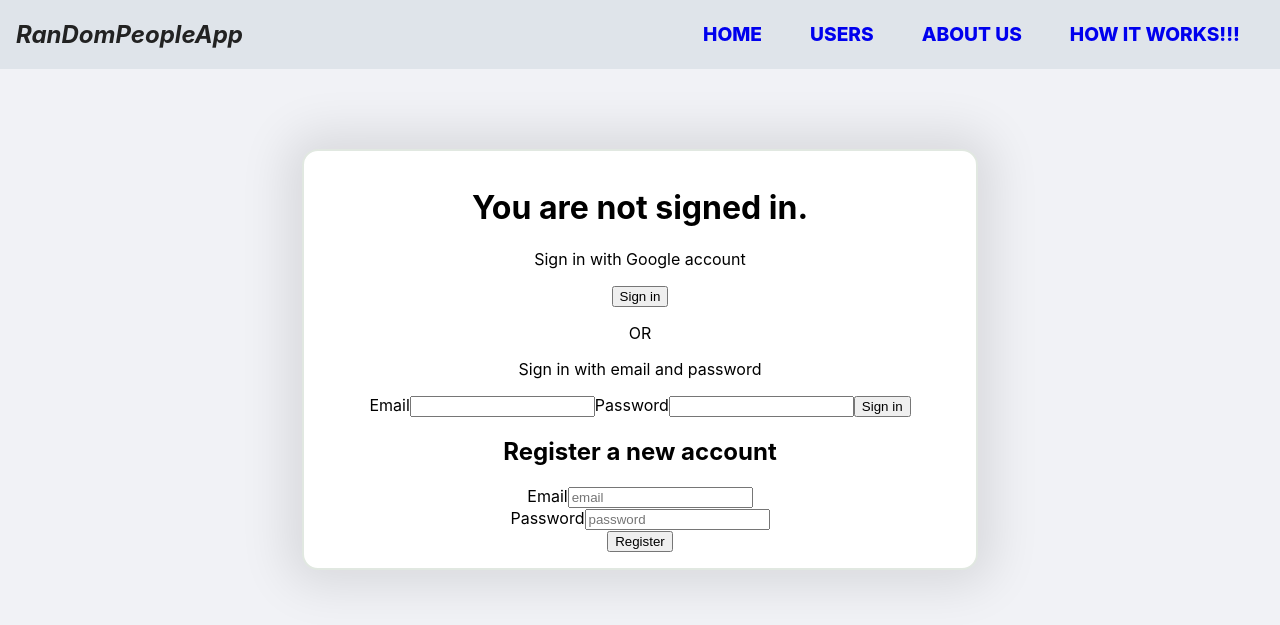
Repository: MikkyPrestige/RandomProfiles
Page: /profile
The author's editor kept a copy of each file at every save. The page is drawn from the files as they stood at one save, then again after the next save.
The browser window is 1280 px wide. The pictures show the whole page.
The project was rebuilt for these pictures with package versions that can differ from the ones it lists, and the page was loaded fresh each time. Also part of the build but not shown: src/assets/styles/home.css, src/components/avatar.jsx, src/components/home.jsx, src/assets/styles/users.css, src/components/users.jsx, src/assets/styles/search.css, src/components/search.jsx, src/assets/styles/help.css and 6 more.

Above is the page before, as saved 2022-11-30 02:48:19.

### public/index.html
<!DOCTYPE html>
<html lang="en">

<head>
  <meta charset="utf-8" />
  <link rel="icon" href="%PUBLIC_URL%/favicon.ico" />
  <meta name="viewport" content="width=device-width, initial-scale=1" />
  <meta name="theme-color" content="#000000" />
  <meta name="description" content="Web site created using create-react-app" />
  <link rel="apple-touch-icon" href="%PUBLIC_URL%/logo192.png" />
  <!--
      manifest.json provides metadata used when your web app is installed on a
      user's mobile device or desktop. See https://developers.google.com/web/fundamentals/web-app-manifest/
    -->
  <link rel="manifest" href="%PUBLIC_URL%/manifest.json" />
  <!--
      Notice the use of %PUBLIC_URL% in the tags above.
      It will be replaced with the URL of the `public` folder during the build.
      Only files inside the `public` folder can be referenced from the HTML.

      Unlike "/favicon.ico" or "favicon.ico", "%PUBLIC_URL%/favicon.ico" will
      work correctly both with client-side routing and a non-root public URL.
      Learn how to configure a non-root public URL by running `npm run build`.
    -->
  <title>AltSchool Assignment 2</title>
</head>

<body>
  <noscript>You need to enable JavaScript to run this app.</noscript>
  <div id="root"></div>
  <!--
      This HTML file is a template.
      If you open it directly in the browser, you will see an empty page.

      You can add webfonts, meta tags, or analytics to this file.
      The build step will place the bundled scripts into the <body> tag.

      To begin the development, run `npm start` or `yarn start`.
      To create a production bundle, use `npm run build` or `yarn build`.
    -->
</body>

</html>

### src/index.css
body {
  margin: 0;
  font-family: -apple-system, BlinkMacSystemFont, 'Segoe UI', 'Roboto', 'Oxygen',
    'Ubuntu', 'Cantarell', 'Fira Sans', 'Droid Sans', 'Helvetica Neue',
    sans-serif;
  -webkit-font-smoothing: antialiased;
  -moz-osx-font-smoothing: grayscale;
  background-color: #f1f2f6;
}

code {
  font-family: source-code-pro, Menlo, Monaco, Consolas, 'Courier New',
    monospace;
}

### src/App.jsx
import * as React from "react";
import { ErrorBoundary } from "react-error-boundary";
import { Route, Routes } from "react-router-dom";
import {
  Layout,
  Home,
  Users,
  Search,
  Help,
  About,
  Error,
  ErrorFallBack,
  Profile,
  // Footer,
} from "./components";

const App = () => {
  return (
    <div className="App">
      <main>
        <ErrorBoundary FallbackComponent={ErrorFallBack}>
          <Layout />
          <Routes>
            <Route path="/" element={<Home />} />
            <Route path="users">
              <Route index element={<Users />} />
              <Route path=":id" element={<Search />} />
            </Route>
            <Route path="profile" element={<Profile />} />
            <Route path="help" element={<Help />} />
            <Route path="about" element={<About />} />
            <Route path="*" element={<Error />} />
          </Routes>
        </ErrorBoundary>
        {/* <Footer /> */}
      </main>
    </div>
  );
};

export default App;

### src/components/index.js
export { default as Layout } from "./layout";
export { default as Home } from "./home";
export { default as Users } from "./users";
export { default as Search } from "./search";
export { default as Help } from "./help";
export { default as About } from "./about";
export { default as Error } from "./error";
export { default as ErrorFallBack } from "./errorFallback";
export { default as Profile } from "./profile";
export { Footer } from "./avatar";

### src/components/layout.jsx
// LAYOUT COMPONENT - This component is for the App Layout that displays the Navigation bar in the app UI to the user when app is open

import { NavLink } from "react-router-dom";
import "../assets/styles/layout.css";

const CustomNavLink = ({ to, ...props }) => {
  let activeStyle = {
    textDecoration: 'underline',
    color: 'red',
  };

  return (
    <NavLink
      style={({ isActive }) =>
        isActive ? activeStyle : { textDecoration: 'none' }
      }
      to={to}
      end
      {...props}
    />
  );
};


const Layout = () => {

  return (
    <nav className="layout">
      <div className="app-header">
        <h1>RanDomPeopleApp</h1>
      </div>
      <div className="nav__items">
        <CustomNavLink to="/" className="nav__item">Home</CustomNavLink>
        <CustomNavLink to="users" className="nav__item">Users</CustomNavLink>
        <CustomNavLink to="about" className="nav__item">About us</CustomNavLink>
        <CustomNavLink to="help" className="nav__item">How it works!!!</CustomNavLink>
      </div>
    </nav>
  );
}

export default Layout;

### src/components/profile.jsx
import {
  signInWithRedirect,
  auth,
  provider,
  getRedirectResult,
  onAuthStateChanged,
  createUserWithEmailAndPassword,
  signInWithEmailAndPassword,
  signOut,
  deleteUser,
} from "../config";
import { useEffect, useState } from "react";
import { Avatar } from "./avatar";
import "../assets/styles/profile.css";

const Profile = () => {
  const [user, setUser] = useState(null);
  const [signedIn, setSignedIn] = useState(false);
  const [email, setEmail] = useState("");
  const [password, setPassword] = useState("");
  const [error, setError] = useState(null);

  // handle register form
  const handleRegister = (e) => {
    e.preventDefault();
    createUserWithEmailAndPassword(auth, email, password)
      .then(() => {
        // Signed in
        console.log("User account created & signed in!");
      })
      .catch((error) => {
        if (error.code === "auth/email-already-in-use") {
          setError("This email address is already in use!");
        }
        if (error.code === "auth/invalid-email") {
          setError("This email address is invalid!");
        }
        console.error(error);
      });
  };

  // sign in with email and password
  const handleSignIn = (e) => {
    e.preventDefault();
    signInWithEmailAndPassword(auth, email, password)
      .then(() => {
        console.log("User signed in!");
      })
      .catch((error) => {
        if (error.code === "auth/wrong-password") {
          setError("Wrong password!");
        }
        if (error.code === "auth/user-not-found") {
          setError("User not found!");
        }
        console.error(error);
      });
  };

  // handle onchange
  const handleChange = (e) => {
    const { name, value } = e.target;
    if (name === "email") {
      setEmail(value);
    }
    if (name === "password") {
      setPassword(value);
    }
  };

  // handle sign In
  const signIn = (e) => {
    e.preventDefault();
    signInWithRedirect(auth, provider);
  };

  // handle sign out
  const handleSignOut = (e) => {
    e.preventDefault();
    signOut(auth)
      .then(() => {
        console.log("User signed out!");
      })
      .catch((error) => {
        console.error(error);
      });
  };

  // handle delete user
  const handleDelete = (e) => {
    e.preventDefault();
    deleteUser(auth.currentUser)
      .then(() => {
        console.log("User deleted!");
      })
      .catch((error) => {
        console.error(error);
      });
  };

  // Get redirect result
  useEffect(() => {
    getRedirectResult(auth)
      .then((result) => {
        if (result) {
          setSignedIn(true);
          // navigate("/users");
        } else {
          // console.log("No user");
        }
      })
      .catch((error) => {
        console.log(error);
      });
  }, []);

  // Check auth state
  useEffect(() => {
    onAuthStateChanged(auth, (user) => {
      if (user) {
        // destructure user
        const { displayName, photoURL, email, phoneNumber } = user;
        // set user state
        setUser({ displayName, photoURL, email, phoneNumber });
        // navigate("/users");
      } else {
        setUser(null);
      }
    });
  }, []);

  return (
    <div className="profile">
      <div className="profile__container">
        <div className="profile__desc">
          {user ? (
            <div className="profile__user">
              <h1 className="profile__title">Welcome, you are signed in.</h1>
              <Avatar image={user.photoURL} alt="user" className="profile__avatar" />
              <p className="profile__name"><strong>Sign in account name: </strong>{user.displayName}</p>
              <p className="profile__text"><strong>Signed in email: </strong>{user.email}</p>
              <p>{user.phoneNumber}</p>
              <div className="profile__btn">
                <button onClick={handleSignOut} className="sign__btn">
                  Sign Out
                </button>
                <button onClick={handleDelete} className="sign__btn">
                  Delete Account
                </button>
              </div>
            </div>
          ) : (
            <div className="profile__user">
              <div className="profile__form">
                <h1 className="profile__title">You are not signed in.</h1>
                <p className="profile__head">Sign in with Google account</p>
                <button onClick={signIn} className="sign__btn">
                  Sign in
                </button>
                <p className="or">OR</p>
                <p className="profile__head">Sign in with email and password</p>
                <form onSubmit={handleSignIn} className="profile__form">
                  <label htmlFor="email">Email</label>
                  <input
                    type="email"
                    name="email"
                    id="email"
                    value={email}
                    onChange={handleChange}
                  />
                  <label htmlFor="password">Password</label>
                  <input
                    type="password"
                    name="password"
                    id="password"
                    value={password}
                    onChange={handleChange}
                  />
                  {error && <p className="error">{error}</p>}
                  <button type="submit" className="sign__btn">
                    Sign in
                  </button>
                </form>
              </div>
              <h2 className="register">Register a new account </h2>
              <form onSubmit={handleRegister} className="register__form">
                <div className="register__group">
                  <label htmlFor="email" className="register__label">
                    Email
                  </label>
                  <input
                    type="email"
                    name="email"
                    placeholder="email"
                    value={email}
                    onChange={handleChange}
                    className="register__input"
                  />
                  {error && <p className="error">{error}</p>}
                </div>
                <div className="profile__group">
                  <label htmlFor="password" className="register__label">
                    Password
                  </label>
                  <input
                    type="password"
                    name="password"
                    placeholder="password"
                    value={password}
                    onChange={handleChange}
                    className="register__input"
                  />
                </div>
                <button type="submit" className="sign__btn">
                  Register
                </button>
              </form>
            </div>
          )}
        </div>
      </div>
    </div>
  );
};

export default Profile;

### src/assets/styles/layout.css
.layout {
  background-color: #dfe4ea;
  padding: 0rem 1rem;
  color: #222;
  display: flex;
  align-items: center;
  justify-content: space-between;
}

.app-header {
  font-style: italic;
}

.nav__items {
  display: flex;
  align-items: center;
  list-style: none;
  flex-wrap: wrap;
}

.nav__item {
  font-size: 1.2rem;
  font-weight: 800;
  padding: 1rem 1.5rem;
  text-transform: uppercase;
}

.attribution {
  text-align: center;
}

.footer {
  color: #222;
  text-decoration: none;
  cursor: pointer;
  font-style: italic;
  font-weight: 600;
}

### src/config/index.js
// Import the functions you need from the SDKs you need
import { initializeApp } from "firebase/app";
import {
  getAuth,
  signInWithRedirect,
  GoogleAuthProvider,
  getRedirectResult,
  onAuthStateChanged,
  createUserWithEmailAndPassword,
  signInWithEmailAndPassword,
  signOut,
  deleteUser
} from "firebase/auth";

// web app's Firebase configuration
const firebaseConfig = {
  apiKey: "AIzaSyCfrfw6chi091bWLqJvanxAUTxgJ5XqEu0",
  authDomain: "random-people-app.firebaseapp.com",
  projectId: "random-people-app",
  storageBucket: "random-people-app.appspot.com",
  messagingSenderId: "1097586453252",
  appId: "1:1097586453252:web:4575afe7663a752ae77e51",
};

// Initialize Firebase
const app = initializeApp(firebaseConfig);
// Setup Google auth provider
const provider = new GoogleAuthProvider();

const auth = getAuth();

export {
  app,
  provider,
  auth,
  signInWithRedirect,
  getRedirectResult,
  onAuthStateChanged,
  createUserWithEmailAndPassword,
  signInWithEmailAndPassword,
  signOut,
  deleteUser
};

### src/assets/styles/profile.css
.profile {

  padding: 2rem;
  height: 100%;
}

.profile__container {
  display: flex;
  flex-direction: column;
  align-items: center;
  justify-content: center;
  height: 100%;
}

.profile__desc {
  margin-top: 3rem;
  text-align: center;
}

.profile__user {
  background-color: #fff;
  border: 2px solid #e1e8e1;
  border-radius: 1rem;
  box-shadow: 0 0 3rem 1rem rgba(0, 0, 0, 0.1);
  padding: 1rem;
  height: 100%;
  width: 40rem;
}

Loaded but not shown: src/index.js (common file)

After the next save:
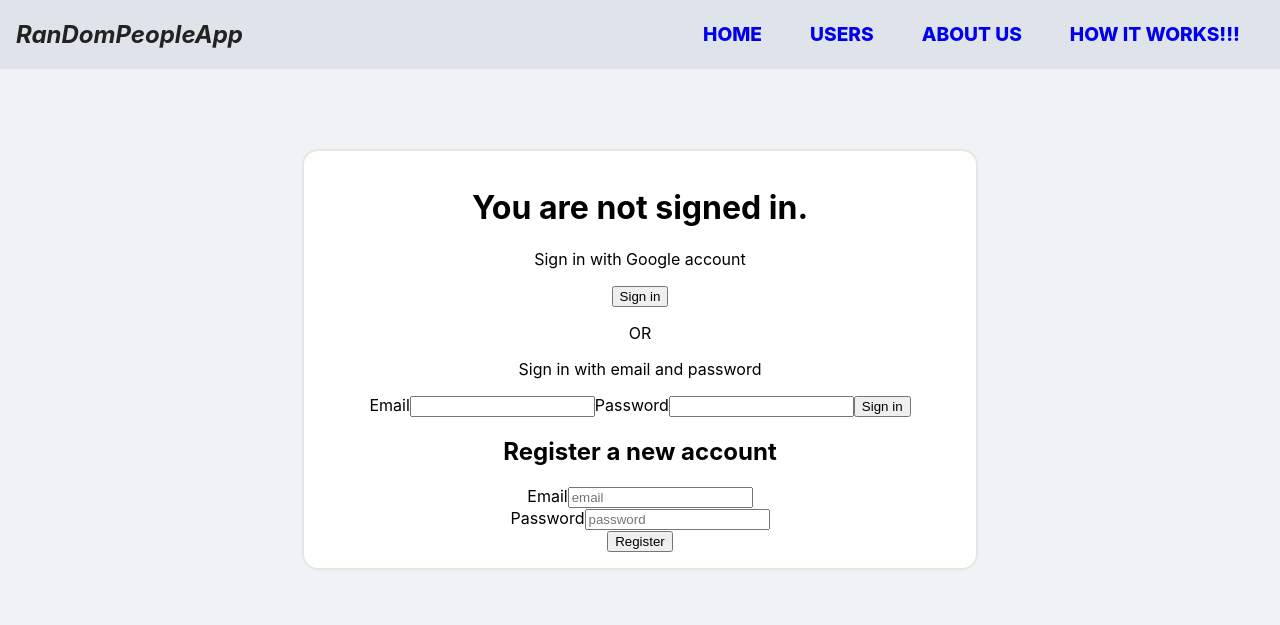
Saved 9 s later.
--- a/src/assets/styles/profile.css
+++ b/src/assets/styles/profile.css
@@ -21,7 +21,7 @@
   background-color: #fff;
   border: 2px solid #e1e8e1;
   border-radius: 1rem;
-  box-shadow: 0 0 3rem 1rem rgba(0, 0, 0, 0.1);
+  box-shadow: 0 0 0 rgba(0, 0, 0, 0.1);
   padding: 1rem;
   height: 100%;
   width: 40rem;
